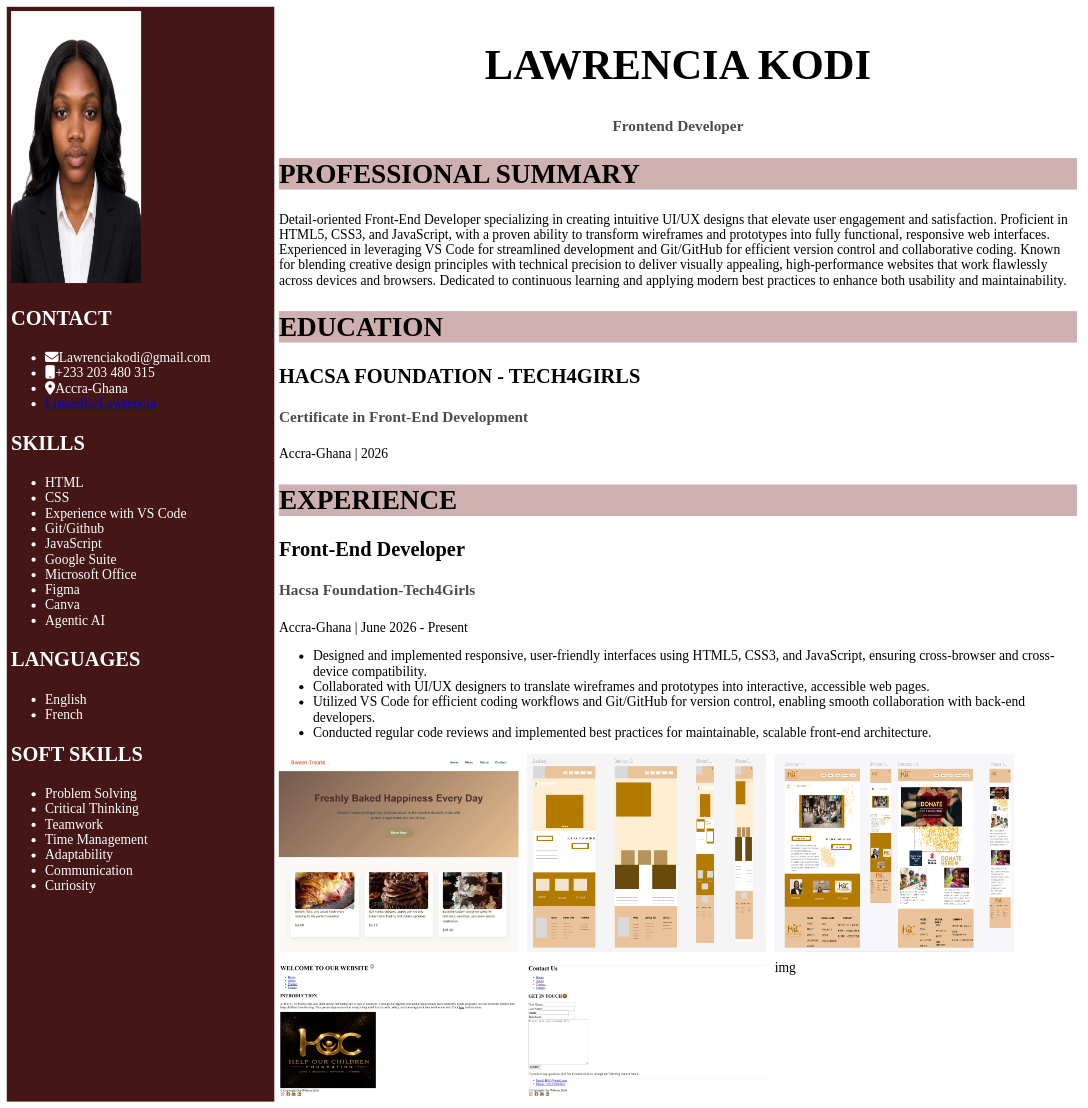
Repository: lawrencia-coder/T4G_CV
Page: index.html
These files come from the project's save history. The page is drawn as it stood at one moment and after the next save; the edit follows.
The browser window is 1280 px wide. The pictures show the whole page, at 85% of full size.
Some icons come from a web library that is not loaded, so they are not drawn. Some web libraries are served in a nearby version.

Above is the page before, as saved 2026-07-15 08:49:01.

### index.html
<!DOCTYPE html>
<html lang="en">
<head>
    <meta charset="UTF-8">
    <meta name="viewport" content="width=device-width, initial-scale=1.0">
    <script src="https://kit.fontawesome.com/c72fc9c022.js" crossorigin="anonymous"></script>
    <title>T4G_CV</title>
    <link rel="stylesheet" href="style.css">
</head>
<body>
    <div class="cv-container">
        <div class="left-column">
            <img src="images/passport pic 1.png" alt="" width="50%" height="25%">
            <h3>CONTACT</h3>
             <p>
              <ul>
                <li><i class="fa-solid fa-envelope" style="color: rgb(255, 255, 255);"></i>Lawrenciakodi@gmail.com</li>
                <li><i class="fa-solid fa-mobile" style="color: rgb(255, 255, 255);"></i>+233 203 480 315</li>
                <li><i class="fa-solid fa-location-dot" style="color: rgb(255, 255, 255);"></i>Accra-Ghana</li>
                <li><i class="fa-brands fa-square-linkedin" style="color: rgb(255, 255, 255);"></i><a href="www.linkedin.com/in/lawrencia-kodi-192a71305" target="_blank" rel="noopener noreferrer">LinkedIn/Lawrencia</a></li>
              </ul>
             </p>

            <h3>SKILLS</h3>
             <p>
                <ul>
                    <li>HTML</li>
                    <li>CSS</li>
                    <li>Experience with VS Code</li>
                    <li>Git/Github</li>
                    <li>JavaScript</li>
                    <li>Google Suite</li>
                    <li>Microsoft Office</li>
                    <li>Figma</li>
                    <li>Canva</li>
                    <li>Agentic AI</li>
                </ul>
             </p>

             <h3>LANGUAGES</h3>
             <p>
                <ul>
                    <li>English</li>
                    <li>French</li>
                </ul>
             </p>

             <h3>SOFT SKILLS</h3>
             <p>
                <ul>
                    <li>Problem Solving</li>
                    <li>Critical Thinking</li>
                    <li>Teamwork</li>
                    <li>Time Management</li>
                    <li>Adaptability</li>
                    <li>Communication</li>
                    <li>Curiosity</li>
                </ul>
             </p>
        </div>
         <div class="right-column">
             <h1>LAWRENCIA KODI  </h1>
             <h4 style="text-align: center;">Frontend Developer</h4>
             <h2>PROFESSIONAL SUMMARY</h2>
              <p>Detail-oriented Front-End Developer specializing in creating intuitive UI/UX designs that elevate user engagement and satisfaction.
                 Proficient in HTML5, CSS3, and JavaScript, with a proven ability to transform wireframes and prototypes into fully functional, responsive web interfaces.
                 Experienced in leveraging VS Code for streamlined development and Git/GitHub for efficient version control and collaborative coding.
                 Known for blending creative design principles with technical precision to deliver visually appealing, high-performance websites that work flawlessly across devices and browsers.
                 Dedicated to continuous learning and applying modern best practices to enhance both usability and maintainability.
                </p>

                <h2>EDUCATION</h2>
                <h3>HACSA FOUNDATION - TECH4GIRLS</h3>
                <h4>Certificate in Front-End Development</h4>
                <p>Accra-Ghana   |   2026</p>

                <h2>EXPERIENCE</h2>
                <p>
                    <h3>Front-End Developer</h3>
                    <h4>Hacsa Foundation-Tech4Girls </h4>
                    <p2>Accra-Ghana   |   June 2026 - Present</p2>
                </p>
                 <p>
                    <ul>
                        <li>Designed and implemented responsive, user-friendly interfaces using HTML5, CSS3, and JavaScript, ensuring cross-browser and cross-device compatibility.</li>
                        <li>Collaborated with UI/UX designers to translate wireframes and prototypes into interactive, accessible web pages.</li>
                        <li>Utilized VS Code for efficient coding workflows and Git/GitHub for version control, enabling smooth collaboration with back-end developers.</li>
                        <li>Conducted regular code reviews and implemented best practices for maintainable, scalable front-end architecture.</li>
                    </ul>
                 </p>

                 <div class="portfolio">
                    <img src="images/Screenshot_15-7-2026_84035_lawrencia-coder.github.io.jpeg" alt="">
                    <img src="images/Screenshot 2026-07-15 082621.png" alt="">
                    <img src="images/Screenshot 2026-07-15 082739.png" alt="">
                    <img src="images/Screenshot_15-7-2026_83441_lawrencia-coder.github.io.jpeg" alt="">
                    <img src="images/Screenshot_15-7-2026_83647_lawrencia-coder.github.io.jpeg" alt="">
                    img
                 </div>
         </div
    </div>

</body>
</html>

### style.css
/* styling headings */
h1{
    text-align: center;
    font-size: 50px;
    margin-bottom: none;
}

h4{
    opacity: calc(70%);
    font-size: large;
}

h2{
    background-color: rgb(206, 176, 176);
    font-size: xx-large;
}

h3{
    font-size: x-large;
}

h5{
font-size: large;
opacity: 80%;
display: flex;
flex-direction: row;
}

h6{
align-self: flex-end;
}


/* styling cv-container */
.cv-container{
    display: flex;
    width: 100%;
    min-height: 100vh;
}

.left-column{
width: 26%;
background-color: rgb(69, 22, 22);
color: white;
padding: 5px;
}

.right-column{
    width: 80%;
    background-color: white;
    color: black;
    padding: 5px;
}
 /* portfolio styling */
.portfolio{
    display: flex;
    flex-wrap: wrap;
    gap: 10px;
}
.portfolio img{
    width: 30%;
    height: auto;
}

After the next save:
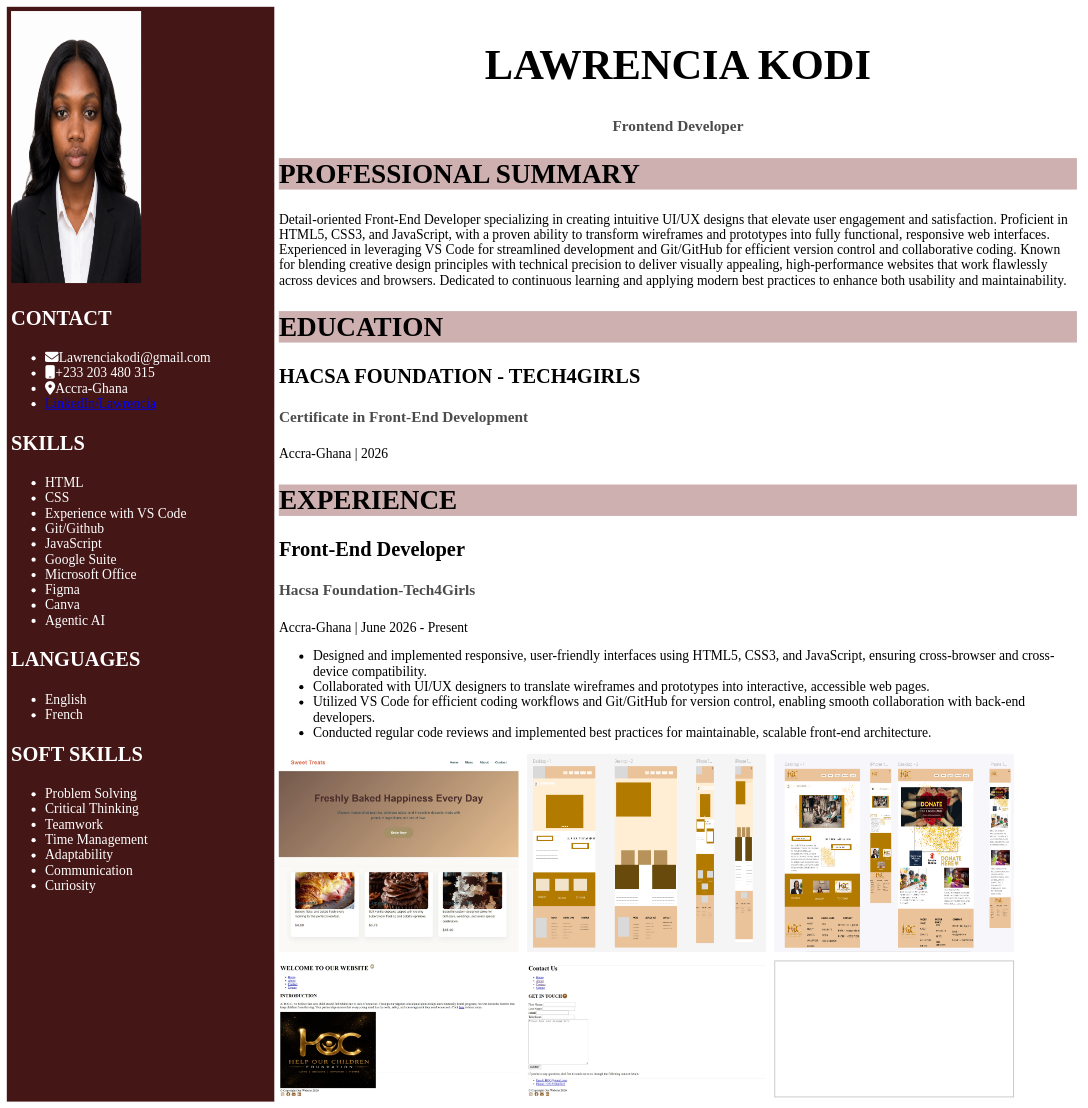
Saved 37 s later.
--- a/index.html
+++ b/index.html
@@ -95,7 +95,7 @@
                     <img src="images/Screenshot 2026-07-15 082739.png" alt="">
                     <img src="images/Screenshot_15-7-2026_83441_lawrencia-coder.github.io.jpeg" alt="">
                     <img src="images/Screenshot_15-7-2026_83647_lawrencia-coder.github.io.jpeg" alt="">
-                    img
+                    <img
                  </div>
          </div
     </div>
